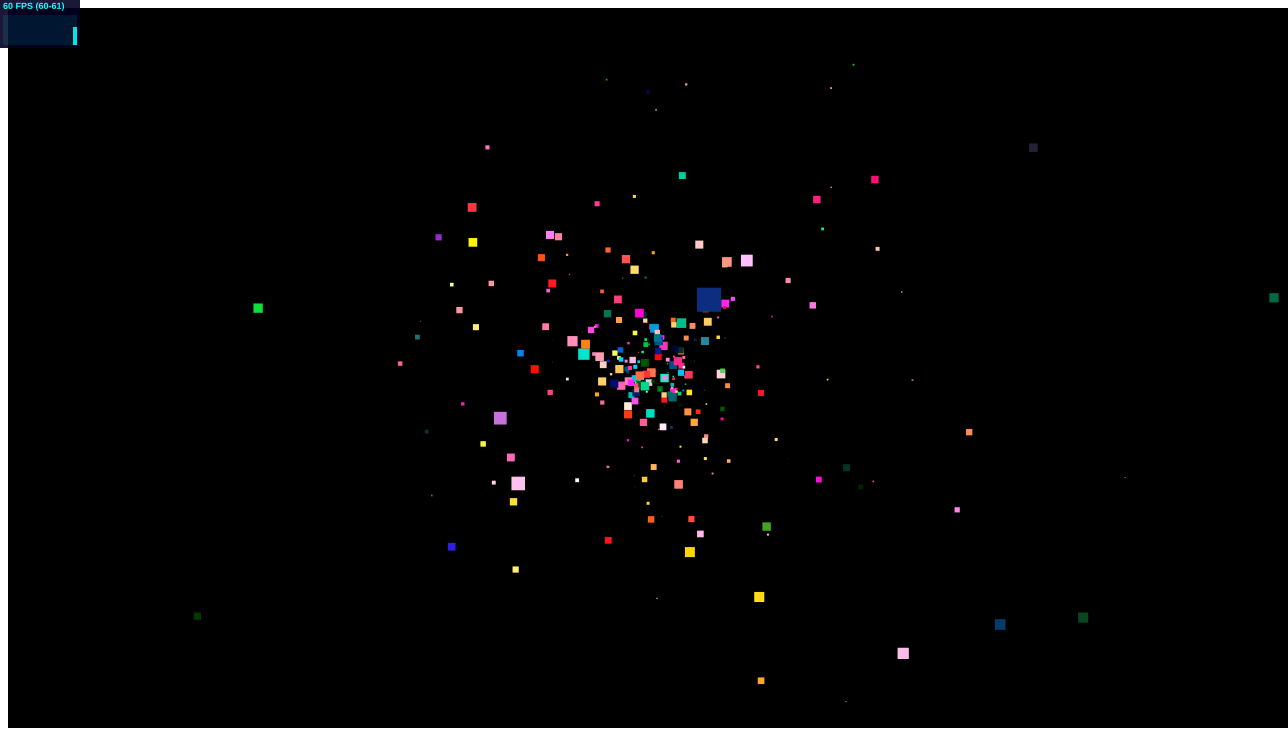
Repository: jocarsa/ThreeJSVJ
Page: index19.html
The author's editor kept a record of every edit. The page is drawn from the files as they stood at one moment, then again after the next edit.
The browser window is 1280 px wide. The page is 1288 px wide, so the pictures cover 1288 px, including what lies to the right of the window. The pictures show the whole page.

Above is the page before.

### index19.html
<html>
    <head>
        <script src="lib/three.min.js"></script>
        <script src="lib/CanvasRenderer.js"></script>
        <script src="lib/Projector.js"></script>
        <script src="lib/stats.min.js"></script>
    </head>
    <body>
        <script>
            var container;
			var camera;
			var scene;
			var renderer;
			var group;          // Grupo es un grupo de elementos (movibles)
			var particle;       // Cada una de las particulas que vamos a crear dentro de ese grupo

			init()
			animate()

			function init(){
			    container = document.createElement( 'div' );
				document.body.appendChild( container );
				camera = new THREE.PerspectiveCamera( 75, window.innerWidth / window.innerHeight, 1, 3000 );
				camera.position.z = 1000;
				scene = new THREE.Scene();



			    group = new THREE.Group(); // Ahora es un grupo de elementos de THREE
			    scene.add(group);

			    for(var i = 0;i<10000;i++){

			    }
			    var luzglobal = new THREE.AmbientLight( 0xffffff,2 );
			    scene.add( luzglobal );
			    stats = new Stats();
				container.appendChild( stats.dom );
			    renderer = new THREE.CanvasRenderer();
				renderer.setPixelRatio( window.devicePixelRatio );
				renderer.setSize( window.innerWidth, window.innerHeight );
				container.appendChild( renderer.domElement );
				setTimeout("dimelo()",1000)
			}
			var multiplicador = 0.99
			var multiplicamaterial = 1.1;
			function dimelo(){
			    //console.log(group.children[1].material.color)
			}
			var program = function ( context ) {
					context.beginPath();
					context.arc( 0, 0, 4, 0, Math.PI*2, true );
					context.fill();
				};
			function animate() {
			    if(group.children.length > 500){multiplicador = 1.2;}
			    //console.log(group.children.length)
			    for(var j = 0;j < group.children.length;j++){
			        /*group.children[j].position.x += (Math.random()-0.5)*3
			        group.children[j].position.y -= (Math.random()-0.5)*3
			        group.children[j].position.z -= (Math.random()-0.5)*3*/
			        group.children[j].position.x *= multiplicador
			        group.children[j].position.y *= multiplicador
			        group.children[j].position.z *= multiplicador
			        //group.children[j].material.color *= multiplicamaterial;
			        group.children[j].material.color['r'] *= 1.1

			    }

			    // Material especial para Sprites de particulas
			        /*var material = new THREE.SpriteCanvasMaterial( {
						color: Math.random() * 0x808008 + 0x808080,
						program: program
					} );*/
					var mitextura = THREE.ImageUtils.loadTexture("log.png");
					var material = new THREE.SpriteMaterial( {
						 color: 0x080808*Math.random(),program: program
					} );
					//var material = new THREE.MeshPhongMaterial({color:0xff0000})

					particle = new THREE.Sprite( material );
					particle.position.x = Math.random() * 2000 - 1000;
					particle.position.y = Math.random() * 2000 - 1000;
					particle.position.z = Math.random() * 2000 - 1000;
					particle.scale.x = particle.scale.y = Math.random() * 20 + 0;
					group.add( particle );

				requestAnimationFrame( animate );
				render();
				stats.update();
			}
			function render() {

				camera.lookAt( scene.position );
				group.rotation.x += 0.001;
				group.rotation.y += 0.002;
				renderer.render( scene, camera );
			}
        </script>
    </body>
</html>

Loaded but not shown: lib/three.min.js (library); lib/CanvasRenderer.js (library); lib/Projector.js (library); lib/stats.min.js (common file)

After the next edit:
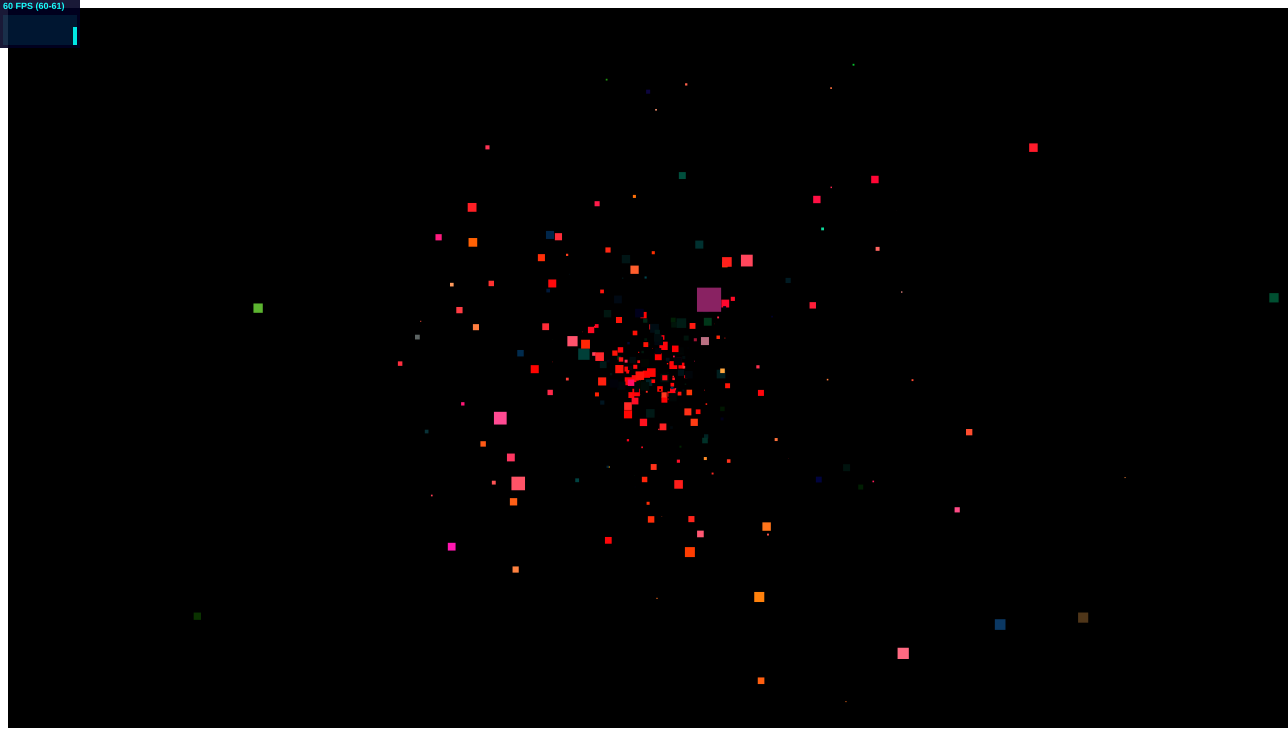
The edit:
--- a/index19.html
+++ b/index19.html
@@ -63,7 +63,9 @@
 			        group.children[j].position.y *= multiplicador
 			        group.children[j].position.z *= multiplicador
 			        //group.children[j].material.color *= multiplicamaterial;
-			        group.children[j].material.color['r'] *= 1.1
+			        group.children[j].material.color['r'] *= 1.2
+			        group.children[j].material.color['g'] *= 0.99
+			        group.children[j].material.color['b'] *= 0.99
 
 			    }
 
